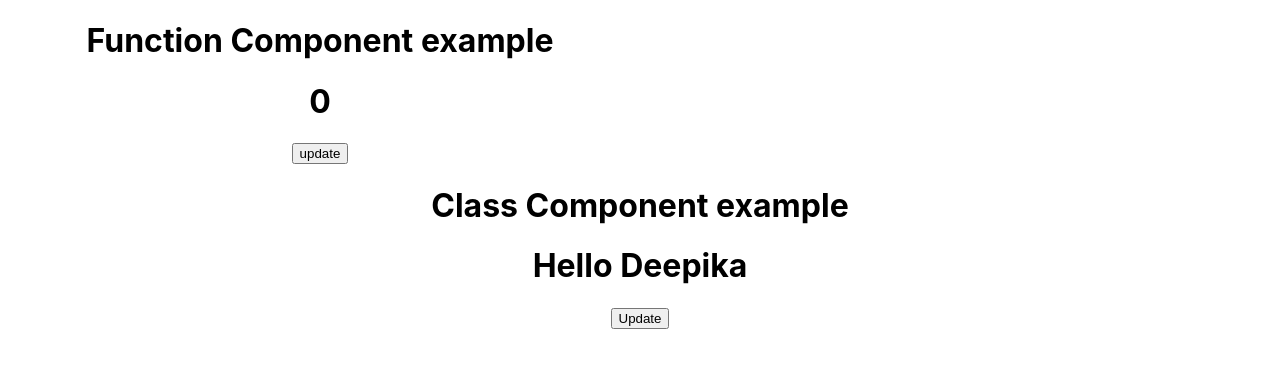
Repository: DeepikaSuretek/React
Page: / (app in practice-app/)
These files come from the project's save history. The page is drawn as it stood at one moment and after the next save; the edit follows.
The browser window is 1280 px wide. The pictures show the whole page.
The project was rebuilt for these pictures with package versions that can differ from the ones it lists, and the page was loaded fresh each time.

Above is the page before, as saved 2024-07-08 19:45:51.

### practice-app/src/App.js
import './App.css';
import User from './class-component/class';
import Fun from './functional-component/function'

function App() {
  return (
    <div className="App">
      <div style={{width:"50%"}}>
        <h1>Function Component example</h1>
        <Fun name="Deepika" />
      </div>
      <div>
        <h1>Class Component example</h1>
        <User></User>
        </div>

    </div>
  );
}

export default App;

### practice-app/src/App.css
.App {
  text-align: center;
}

.App-logo {
  height: 40vmin;
  pointer-events: none;
}

@media (prefers-reduced-motion: no-preference) {
  .App-logo {
    animation: App-logo-spin infinite 20s linear;
  }
}

.App-header {
  background-color: #282c34;
  min-height: 100vh;
  display: flex;
  flex-direction: column;
  align-items: center;
  justify-content: center;
  font-size: calc(10px + 2vmin);
  color: white;
}

.App-link {
  color: #61dafb;
}

@keyframes App-logo-spin {
  from {
    transform: rotate(0deg);
  }
  to {
    transform: rotate(360deg);
  }
}

.loader{
  height: 100px;
  width: 100px;
  border: 8px solid;
  border-color: black black black red;
  border-radius: 50%;
  animation: App-logo-spin 2s linear infinite;
}

### practice-app/src/class-component/class.js
import { Component } from "react"

class User extends Component{
    constructor(){
        super();
        this.state = {
            data:'Deepika'
        }
    }

    changeData(){
        this.setState({data:"changes"});
    }
    render(){
        return(
           <div><h1>Hello {this.state.data}</h1>
           <button onClick={()=>this.changeData()}>Update</button>
           </div>

        )
    }
}

export default User;

### practice-app/src/functional-component/function.js
import { useState } from "react";

function Fun() {
    const [count,setCount] = useState(0);
    function updateCount(){
       setCount(count+1);
    }
    return(
        <div>
            <h1>{count} </h1>
            <h2>{}</h2>
            <button onClick={updateCount}>update</button>
        </div>

    )
}

export default Fun;

Loaded but not shown: practice-app/public/index.html (common file); practice-app/src/index.js (common file); practice-app/src/index.css (common file); practice-app/src/reportWebVitals.js (common file)

After the next save:
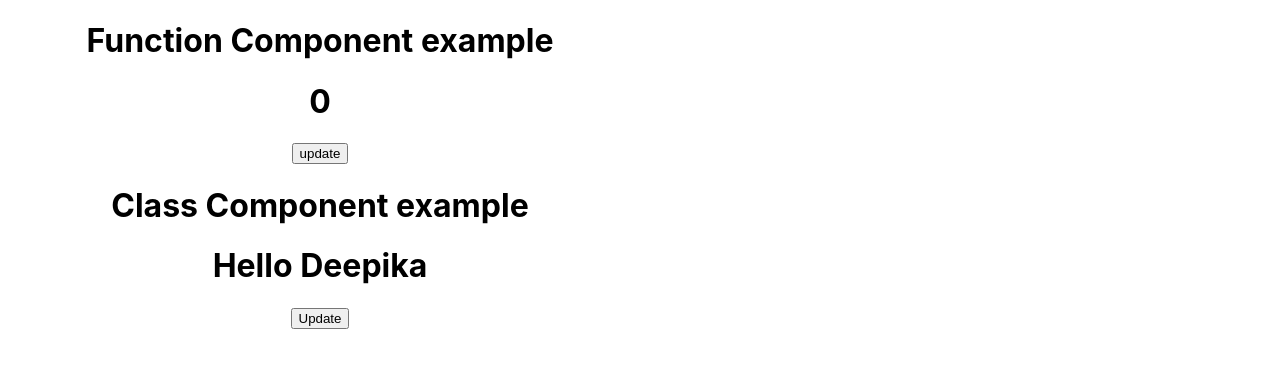
Saved 29 s later.
--- a/practice-app/src/App.js
+++ b/practice-app/src/App.js
@@ -9,7 +9,7 @@ function App() {
         <h1>Function Component example</h1>
         <Fun name="Deepika" />
       </div>
-      <div>
+      <div style={{width:"50%"}}>
         <h1>Class Component example</h1>
         <User></User>
         </div>
